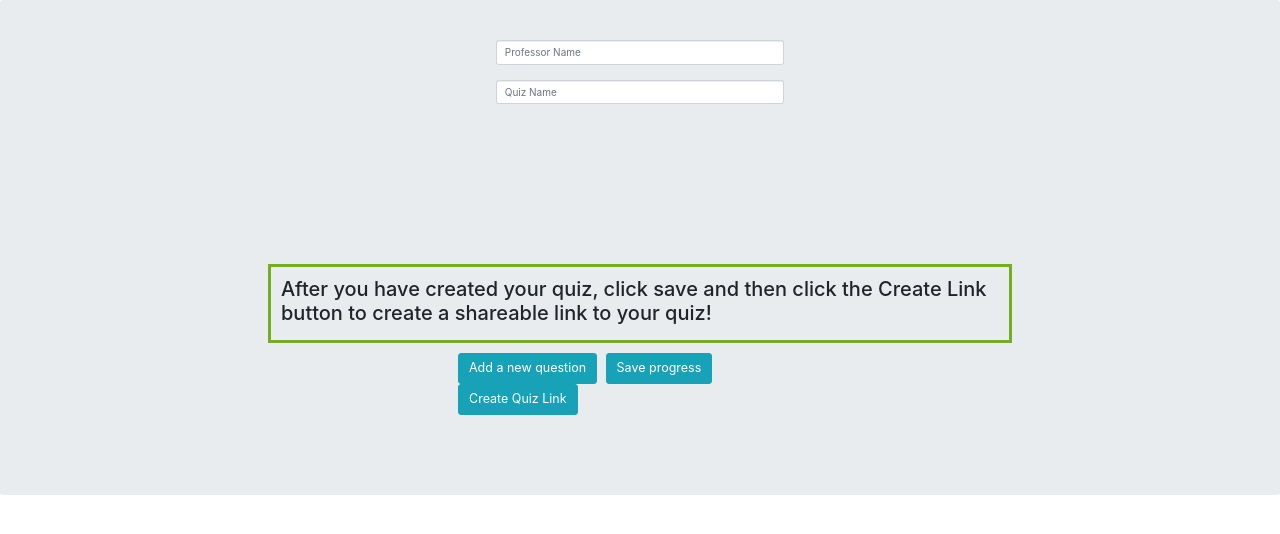
Repository: phillipdacosta/QuizemsNew
Page: /#/home
The author's editor kept a copy of each file at every save. The page is drawn from the files as they stood at one save, then again after the next save.
The browser window is 1280 px wide. The pictures show the whole page.
Some web libraries are served in a nearby version. The project was rebuilt for these pictures with package versions that can differ from the ones it lists, and the page was loaded fresh each time. Also part of the build but not shown: angular.json, src/app/quiz/quiz.component.ts, src/app/about/about.component.ts, src/app/student/student.component.ts, src/app/questions/questions.component.ts, src/app/question-display/question-display.component.ts, src/app/timer/timer.component.ts.

Above is the page before, as saved 2019-06-30 16:55:12.

### src/index.html
<!doctype html>
<html>
<head>
  <meta charset="utf-8">
  <title>Angular Bootstrap Demo</title>
  <base href="/">
  <meta name="viewport" content="width=device-width, initial-scale=1">
  <link rel="icon" type="image/x-icon" href="favicon.ico">
  <link rel="stylesheet" href="https://maxcdn.bootstrapcdn.com/bootstrap/3.3.7/css/bootstrap.min.css" integrity="sha384-BVYiiSIFeK1dGmJRAkycuHAHRg32OmUcww7on3RYdg4Va+PmSTsz/K68vbdEjh4u" crossorigin="anonymous">
</head>
<body>
  <app-root>Loading...</app-root>
  <script src="https://code.jquery.com/jquery-3.1.1.min.js" integrity="sha256-hVVnYaiADRTO2PzUGmuLJr8BLUSjGIZsDYGmIJLv2b8=" crossorigin="anonymous"></script>
  <script src="https://maxcdn.bootstrapcdn.com/bootstrap/3.3.7/js/bootstrap.min.js" integrity="sha384-Tc5IQib027qvyjSMfHjOMaLkfuWVxZxUPnCJA7l2mCWNIpG9mGCD8wGNIcPD7Txa" crossorigin="anonymous"></script>
</body>
</html>

### src/app/app-routing.module.ts
import { NgModule } from '@angular/core';
import { Routes, RouterModule } from '@angular/router';
import { ProfessorComponent } from './professor/professor.component';
import { QuestionsComponent } from './questions/questions.component';
import { QuizComponent } from './quiz/quiz.component';
import { AboutComponent } from './about/about.component';

const routes: Routes = [

  {
    path: '',
    component: AboutComponent,

 } ,

  {
    path: 'home',
    component: ProfessorComponent,

 } ,


 {
  path: 'quiz',
  component: QuizComponent

}

];

@NgModule({
  imports: [RouterModule.forRoot(routes), RouterModule.forRoot(routes,{useHash:true})],
  exports: [RouterModule]
})
export class AppRoutingModule { }

### src/app/app.component.ts
import { Component } from '@angular/core';

@Component({
  selector: 'app-root',
  templateUrl: './app.component.html',
  styleUrls: ['./app.component.css']
})
export class AppComponent {
  title = 'quizems';
}

### src/app/professor/professor.component.ts
import { Component, OnInit } from '@angular/core';
import { DataService } from '../data.service';
import { Question } from '../question.model';

@Component({
  selector: 'app-professor',
  templateUrl: './professor.component.html',
  styleUrls: ['./professor.component.css']
})
export class ProfessorComponent implements OnInit {


  question : any;
  link : any
  flag : boolean = false;

  constructor(private data : DataService) { }


  ngOnInit() {


  }



  populateQuiz(){

    this.data.saveData('questions');
    this.flag = true;

  }

  loadQuiz(){
    this.data.loadData('questions');
  }

  newQuestion(){

    let question = new Question();
    this.data.questionslist.push(question)
    console.log(this.data.questionslist)
    this.flag = false;
  }

  createLink(){

    this.link = 'https://quizems-daf82.firebaseapp.com/#/quiz';
    //this.router.navigate(['/quiz']);


      }
  }

### src/app/professor/professor.component.html
<!DOCTYPE html>
<html lang="en">
<head>
  <title>Bootstrap Example</title>
  <meta charset="utf-8">
  <meta name="viewport" content="width=device-width, initial-scale=1">
  <link rel="stylesheet" href="https://maxcdn.bootstrapcdn.com/bootstrap/4.3.1/css/bootstrap.min.css">
  <script src="https://ajax.googleapis.com/ajax/libs/jquery/3.4.1/jquery.min.js"></script>
  <script src="https://cdnjs.cloudflare.com/ajax/libs/popper.js/1.14.7/umd/popper.min.js"></script>
  <script src="https://maxcdn.bootstrapcdn.com/bootstrap/4.3.1/js/bootstrap.min.js"></script>
</head>
<body>

<div class="container">


  <!-- The Modal -->
  <div class="modal" id="myModal">
    <div class="modal-dialog">
      <div class="modal-content">

        <!-- Modal Header -->
        <div class="modal-header">
          <h4 class="modal-title">Congrats!</h4>
          <button type="button" class="close" data-dismiss="modal">&times;</button>
        </div>

        <!-- Modal body -->
        <div class="modal-body">
        Your quiz has been created!
         <br>
         <br>
         Here is your shareable link: https://quizemsnew.firebaseapp.com/#/quiz
        </div>

        <!-- Modal footer -->
        <div class="modal-footer">
          <button type="button" class="btn btn-danger" data-dismiss="modal">Close</button>
        </div>

      </div>
    </div>
  </div>

</div>

</body>
</html>

<div class = "jumbotron">

    <div class="row justify-content-center">

    <div class = "col-xs-3">

        <div class="form-group">



            <input type="text" class="form-control " id="exampleInputPassword1" placeholder="Professor Name">
            <br>

            <input type="text" class="form-control" id="exampleInputPassword1" placeholder="Quiz Name">

          </div>
          </div>
        </div>

  <br>
  <br>
   <br>
    <br>
     <br>

     <br>
     <br>
      <br>
       <br>
        <br>

  <div class = "heading">
  <h2>After you have created your quiz, click save and then click the Create Link button to create a shareable link to your quiz!</h2>

</div>

<div class = "headingButtons">


      <button type="button" class="btn btn-info btn-lg" (click) = "newQuestion()">Add a new question</button>

&nbsp;


    <button type="button" class="btn btn-info btn-lg" (click) = "populateQuiz()">Save progress</button>




&nbsp;
  <!--  <button (click)="loadQuiz()">Load</button>-->
<button type="button" class="btn btn-info btn-lg" data-toggle="modal" data-target="#myModal" (click) = "createLink()">Create Quiz Link</button>

</div>
<br>
<br>


<div *ngFor = "let q of data.questionslist">
  <app-questions [questionModel]="q"></app-questions>
</div>

</div>

### src/app/professor/professor.component.css
.divider{
    width:5px;
    height:auto;
    display:inline-block;
}

.heading{

  margin: auto;
  width: 60%;
  border: 3px solid #73AD21;
  padding: 10px;
}

.headingButtons{

  margin: auto;
  width: 30vw;
  padding: 10px;


}

.inputgroup{

  text-align: center;

}

### src/app/data.service.ts
import { Injectable } from '@angular/core';
import {Model} from "src/app/question-answer.model";
import { Question } from './question.model';


@Injectable({
  providedIn: 'root'
})
export class DataService {


  professorQuestion : any;
  questionslist : Array <Question>;

  constructor() {

    this.questionslist= new Array<Question>();


    }

    arrayToJSON(array){
        return {"data": array};
    }

    saveData(key: string){
      const value = JSON.stringify(this.arrayToJSON(this.questionslist));
      localStorage.setItem(key, value);
      console.log(value)
    }

    loadData(key: string){
      this.questionslist = JSON.parse(localStorage.getItem(key))['data'];
      console.log(this.questionslist);
    }

  }

### src/app/question.model.ts
export class Question {

    question : any = '';
    answerOne : any = '';
    answerTwo : any = '';
    answerThree : any = '';
    answerFour : any = '';
    correctAnswer : any = '';

}

Loaded but not shown: src/styles.css (common file); src/main.ts (common file); src/app/app.module.ts (common file); src/environments/environment.ts (common file); src/app/app.component.html (common file); src/app/app.component.css (no stored copy; drawn as an empty file)

After the next save:
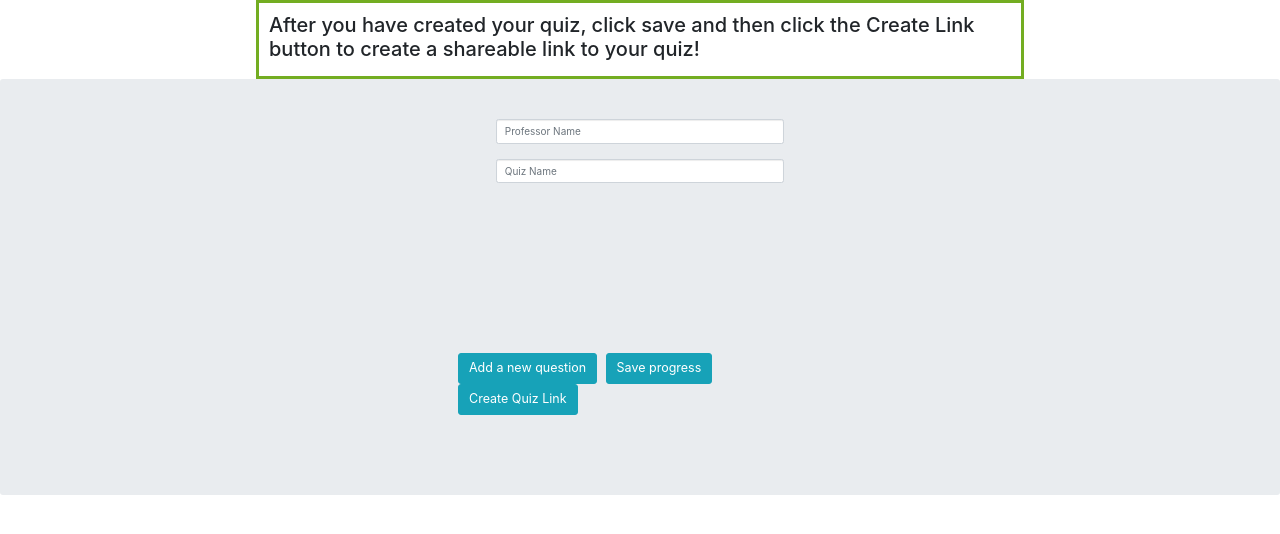
Saved 45 min 57 s later.
--- a/src/app/professor/professor.component.html
+++ b/src/app/professor/professor.component.html
@@ -47,6 +47,11 @@
 </body>
 </html>
 
+<div class = "heading">
+    <h2>After you have created your quiz, click save and then click the Create Link button to create a shareable link to your quiz!</h2>
+
+  </div>
+
 <div class = "jumbotron">
 
     <div class="row justify-content-center">
@@ -78,10 +83,7 @@
        <br>
         <br>
 
-  <div class = "heading">
-  <h2>After you have created your quiz, click save and then click the Create Link button to create a shareable link to your quiz!</h2>
 
-</div>
 
 <div class = "headingButtons">
 
